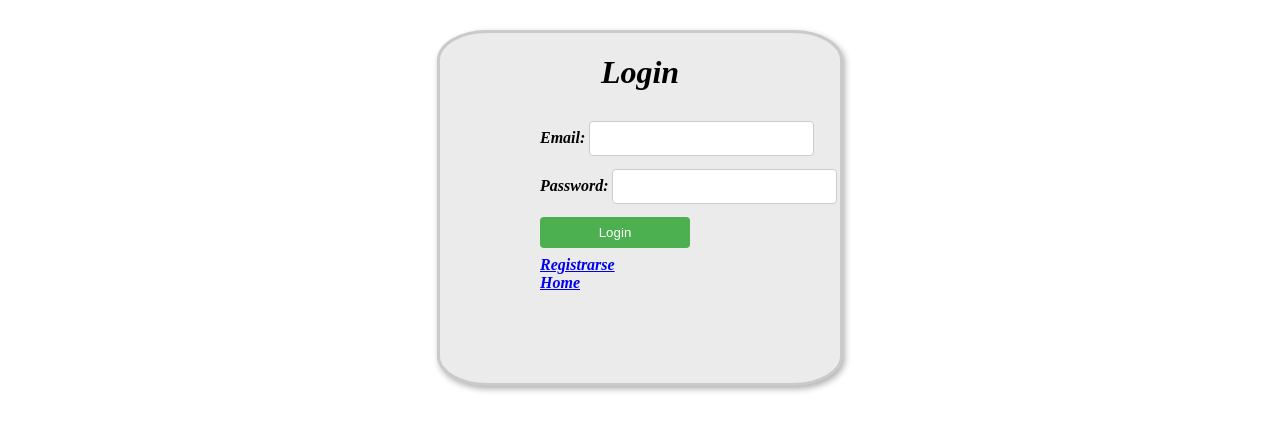
Repository: nachmz42/ProyectoJoker
Page: http://localhost/Joker/login.jsp
These files come from the project's save history. The page is drawn as it stood at one moment and after the next save; the edit follows.
The browser window is 1280 px wide. The pictures show the whole page.
The page is served by Tomcat 9.

Above is the page before, as saved 2021-07-02 12:54:51.

After the next save:
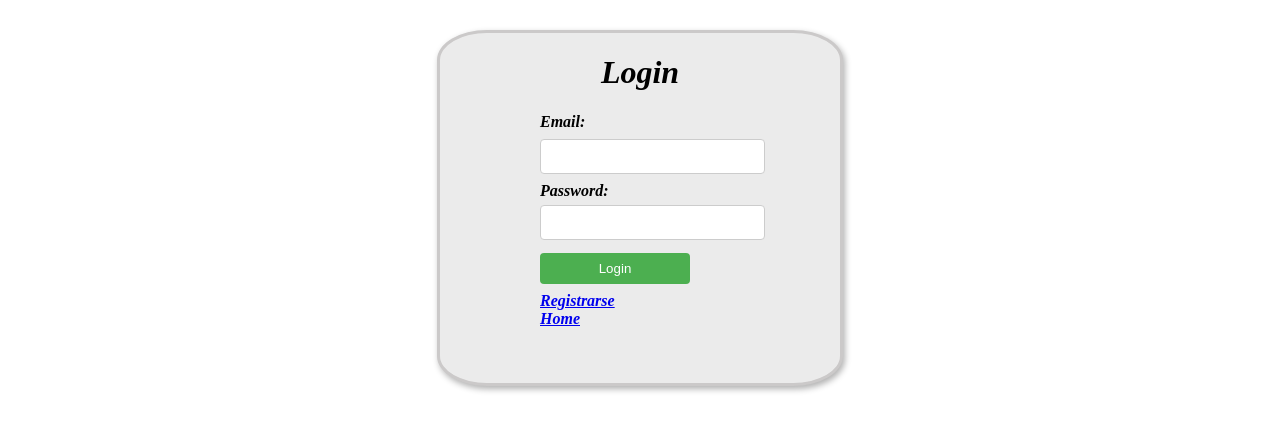
Saved 22 s later.
--- a/Joker/src/main/webapp/login.jsp
+++ b/Joker/src/main/webapp/login.jsp
@@ -12,9 +12,9 @@
 <h1> Login</h1>
 <form action="Login"  method="post">
 <div class="form2" style="">
-<label for="email">Email:</label>
+<label for="email">Email:</label><br>
 <input class="input" type="email"  name="email" required><br>
-<label for="password">Password:</label>
+<label for="password">Password:</label><br>
 <input class="input" type="text"  name="password" required><br>
 <input type="submit" value="Login">
 <span style="color: red"><%=(request.getAttribute("msgerr") == null) ? "" : request.getAttribute("msgerr") %></span><br>
